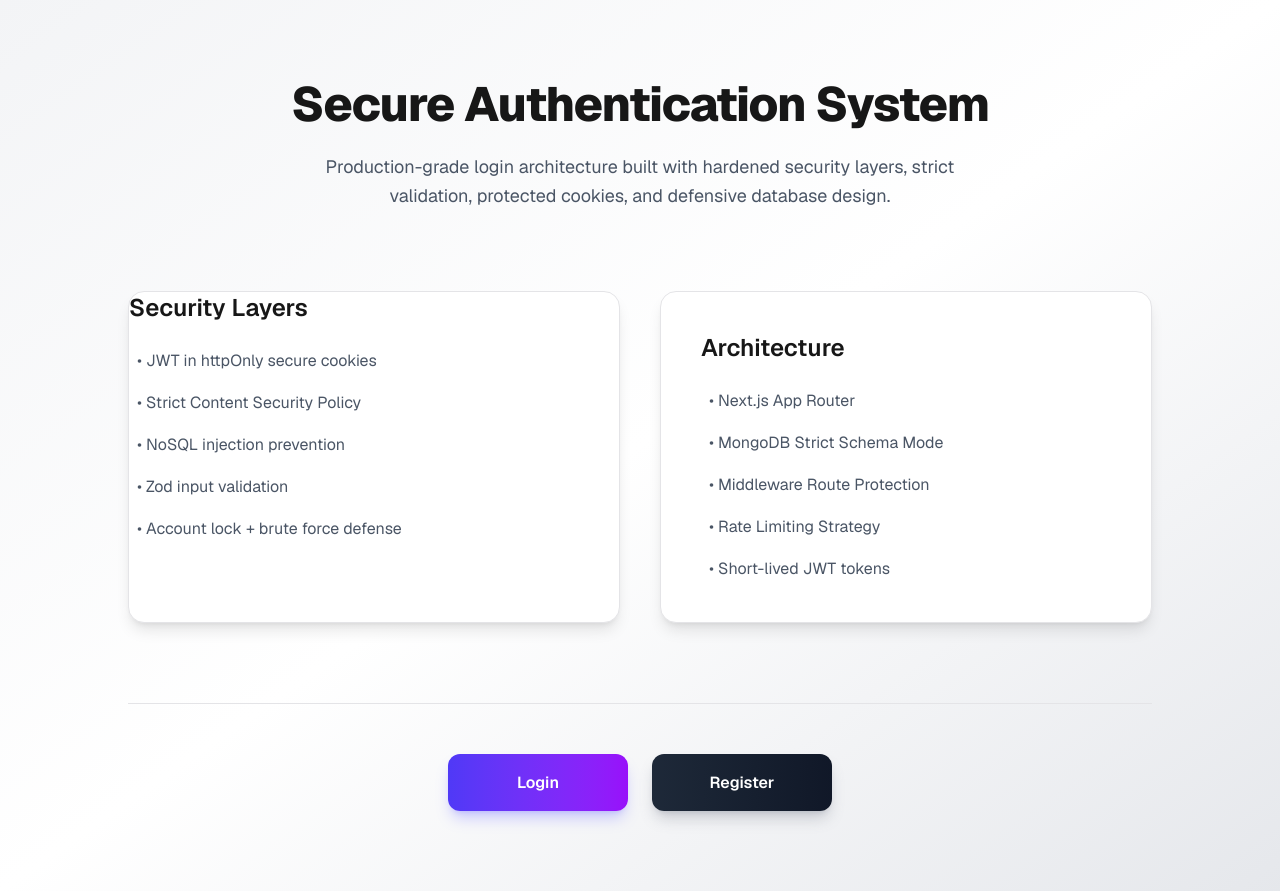
Repository: swastikjhacoder/secure-auth-app
Page: /
The author's editor kept a copy of each file at every save. The page is drawn from the files as they stood at one save, then again after a run of saves.
The browser window is 1280 px wide. The pictures show the whole page.
The project was rebuilt for these pictures with package versions that can differ from the ones it lists, and the page was loaded fresh each time. The framework's server and built-in components were replaced by stand-ins that run in the browser. Also part of the build but not shown: next.config.mjs.

Above is the page before, as saved 2026-03-02 13:13:14.

### src/app/layout.js
import { Geist, Geist_Mono } from "next/font/google";
import "./globals.css";

const geistSans = Geist({
  variable: "--font-geist-sans",
  subsets: ["latin"],
  display: "swap",
});

const geistMono = Geist_Mono({
  variable: "--font-geist-mono",
  subsets: ["latin"],
  display: "swap",
});

export const metadata = {
  title: {
    default: "Secure Auth App",
    template: "%s | Secure Auth App",
  },
  description: "Production-grade secure authentication system",
  metadataBase: new URL("http://localhost:3000"),
  robots: {
    index: false,
    follow: false,
  },
};

export default function RootLayout({ children }) {
  return (
    <html lang="en" suppressHydrationWarning>
      <body
        className={`
          ${geistSans.variable}
          ${geistMono.variable}
          font-sans
          antialiased
          min-h-screen
        `}
      >
        {children}
      </body>
    </html>
  );
}

### src/app/page.js
import Link from "next/link";

export default function Home() {
  return (
    <div className="min-h-screen bg-gradient-to-br from-gray-100 via-white to-gray-200 dark:from-black dark:via-zinc-900 dark:to-black flex items-center justify-center px-6 py-20">
      <div className="w-full max-w-5xl space-y-20">
        <div className="text-center space-y-6">
          <h1 className="text-4xl sm:text-5xl font-extrabold tracking-tight">
            Secure Authentication System
          </h1>

          <p className="text-lg text-gray-600 dark:text-gray-400 max-w-2xl mx-auto leading-relaxed">
            Production-grade login architecture built with hardened security
            layers, strict validation, protected cookies, and defensive database
            design.
          </p>
        </div>

        <div className="grid gap-10 md:grid-cols-2">
          <div className="h-full rounded-2xl border border-border bg-card shadow-lg transition-all duration-300 hover:-translate-y-1 hover:shadow-2xl">
            <div className="space-y-6">
              <h3 className="text-2xl font-semibold">Security Layers</h3>

              <ul className="pl-2 space-y-4 text-gray-600 dark:text-gray-400 leading-relaxed">
                <li>• JWT in httpOnly secure cookies</li>
                <li>• Strict Content Security Policy</li>
                <li>• NoSQL injection prevention</li>
                <li>• Zod input validation</li>
                <li>• Account lock + brute force defense</li>
              </ul>
            </div>
          </div>

          <div className="h-full rounded-2xl border border-border bg-card shadow-lg transition-all duration-300 hover:-translate-y-1 hover:shadow-2xl">
            <div className="p-10 space-y-6">
              <h3 className="text-2xl font-semibold">Architecture</h3>

              <ul className="pl-2 space-y-4 text-gray-600 dark:text-gray-400 leading-relaxed">
                <li>• Next.js App Router</li>
                <li>• MongoDB Strict Schema Mode</li>
                <li>• Middleware Route Protection</li>
                <li>• Rate Limiting Strategy</li>
                <li>• Short-lived JWT tokens</li>
              </ul>
            </div>
          </div>
        </div>

        <div className="flex flex-col sm:flex-row justify-center items-center gap-6 pt-10 border-t border-border">
          <Link
            href="/login"
            className="w-full sm:w-auto min-w-[180px] px-10 py-4 rounded-xl font-semibold text-white
                       bg-gradient-to-r from-indigo-600 to-purple-600
                       shadow-lg shadow-indigo-500/30
                       hover:from-indigo-500 hover:to-purple-500
                       hover:shadow-indigo-500/50
                       transition-all duration-300 text-center"
          >
            Login
          </Link>

          <Link
            href="/register"
            className="w-full sm:w-auto min-w-[180px] px-10 py-4 rounded-xl font-semibold
                       bg-gradient-to-r from-gray-800 to-gray-900
                       text-white
                       shadow-lg shadow-gray-500/30
                       hover:from-gray-700 hover:to-black
                       hover:shadow-gray-500/50
                       transition-all duration-300 text-center"
          >
            Register
          </Link>
        </div>
      </div>
    </div>
  );
}

### src/app/globals.css
@import "tailwindcss";

:root {
  --background: #ffffff;
  --foreground: #171717;

  --card: #ffffff;
  --card-foreground: #111111;

  --muted: #f4f4f5;
  --border: #e4e4e7;
}

@media (prefers-color-scheme: dark) {
  :root {
    --background: #0a0a0a;
    --foreground: #ededed;

    --card: #111111;
    --card-foreground: #f5f5f5;

    --muted: #1c1c1f;
    --border: #27272a;
  }
}

@theme inline {
  --color-background: var(--background);
  --color-foreground: var(--foreground);
  --color-card: var(--card);
  --color-card-foreground: var(--card-foreground);
  --color-muted: var(--muted);
  --color-border: var(--border);

  --font-sans: var(--font-geist-sans);
  --font-mono: var(--font-geist-mono);
}

*,
*::before,
*::after {
  box-sizing: border-box;
}

html {
  scroll-behavior: smooth;
}

html,
body {
  overflow-x: hidden;
  min-height: 100%;
}

body {
  background: var(--background);
  color: var(--foreground);
  font-family: var(--font-geist-sans), system-ui, sans-serif;
  line-height: 1.6;
  text-rendering: optimizeLegibility;
  -webkit-font-smoothing: antialiased;
}

button {
  background: none;
  border: none;
  cursor: pointer;
  font: inherit;
}

a {
  margin-top: 10px;
  text-decoration: none;
}

input,
textarea,
select {
  font: inherit;
}

:focus-visible {
  outline: 2px solid #6366f1;
  outline-offset: 2px;
}

After the next 2 saves:
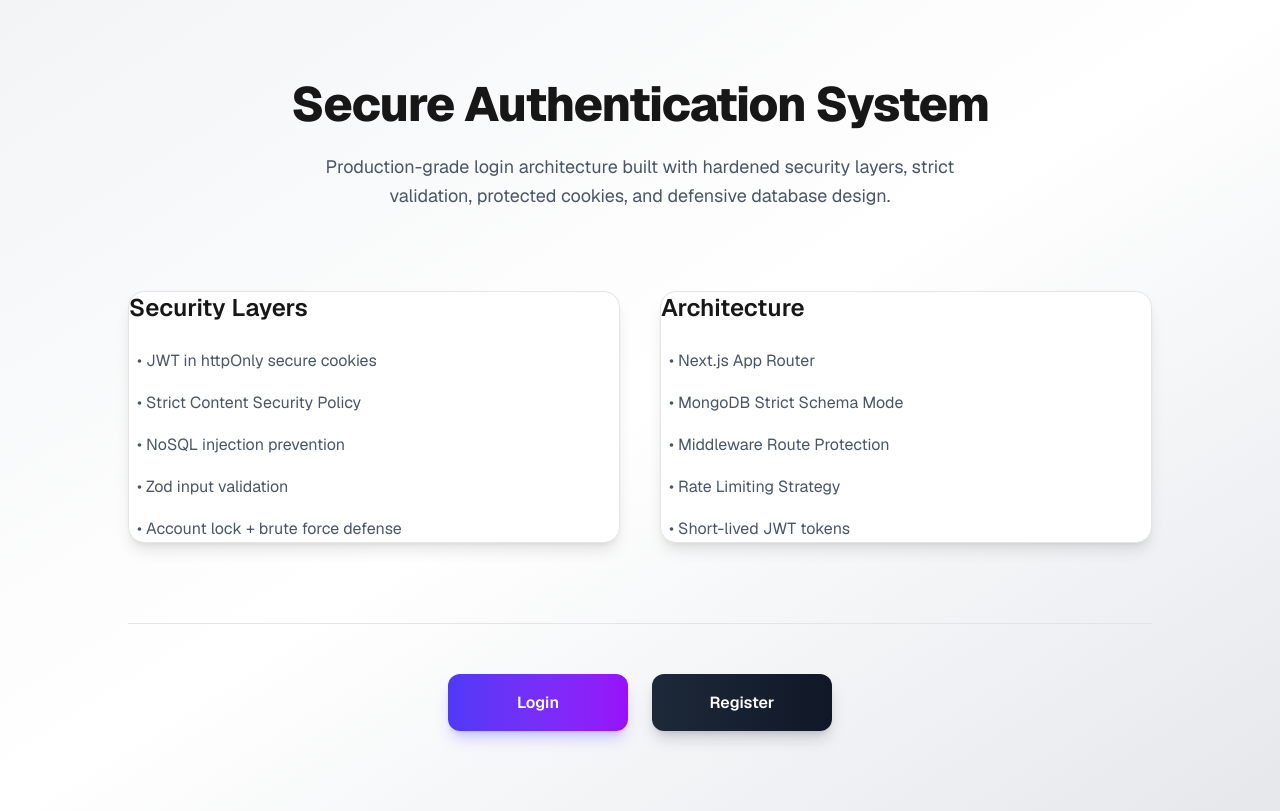
The 2 saves are shown as one change because 1 did not build or start.
The last was saved 53 s later.
--- a/src/app/page.js
+++ b/src/app/page.js
@@ -32,7 +32,7 @@
           </div>
 
           <div className="h-full rounded-2xl border border-border bg-card shadow-lg transition-all duration-300 hover:-translate-y-1 hover:shadow-2xl">
-            <div className="p-10 space-y-6">
+            <div className="space-y-6">
               <h3 className="text-2xl font-semibold">Architecture</h3>
 
               <ul className="pl-2 space-y-4 text-gray-600 dark:text-gray-400 leading-relaxed">

After the save that followed:
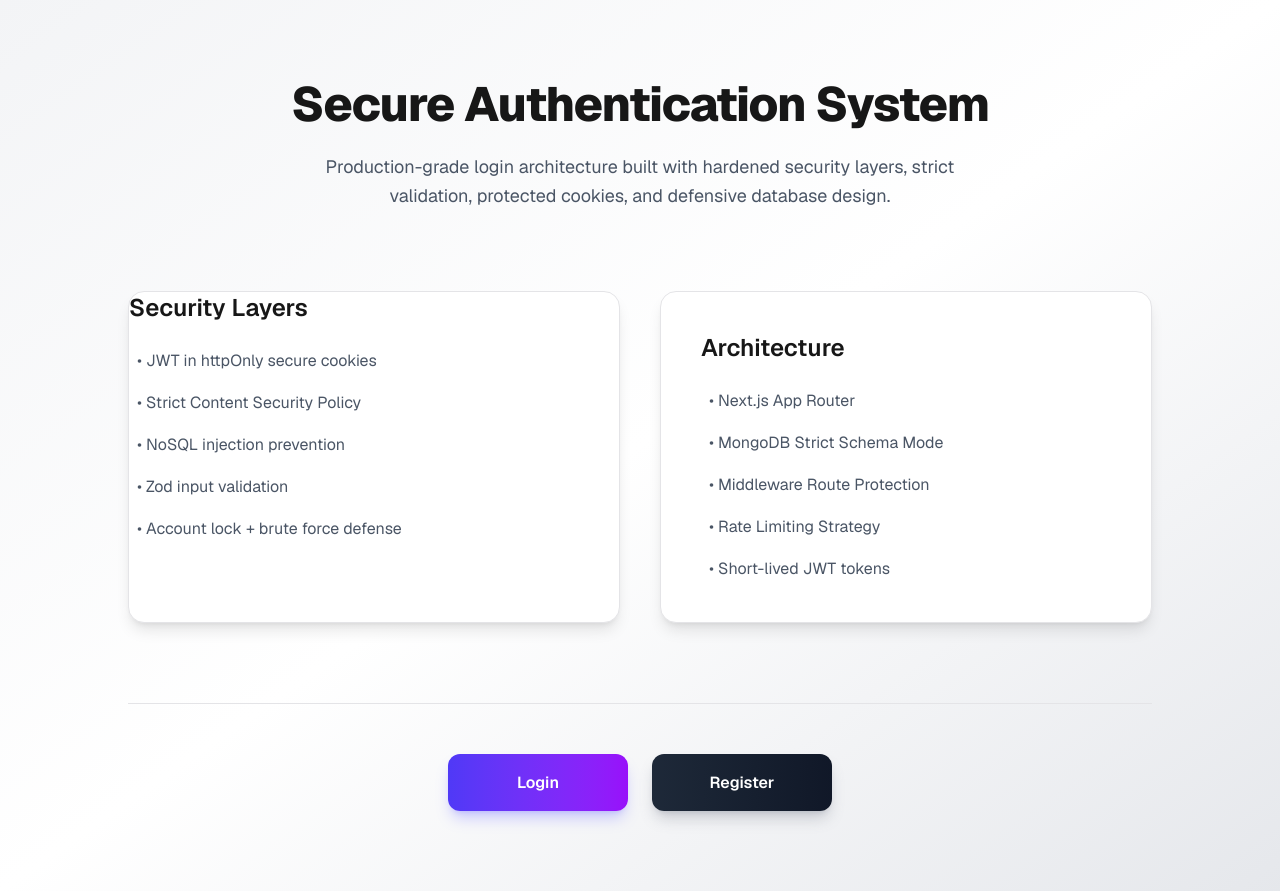
Saved 12 s later.
--- a/src/app/page.js
+++ b/src/app/page.js
@@ -32,7 +32,7 @@
           </div>
 
           <div className="h-full rounded-2xl border border-border bg-card shadow-lg transition-all duration-300 hover:-translate-y-1 hover:shadow-2xl">
-            <div className="space-y-6">
+            <div className="p-10 space-y-6">
               <h3 className="text-2xl font-semibold">Architecture</h3>
 
               <ul className="pl-2 space-y-4 text-gray-600 dark:text-gray-400 leading-relaxed">
